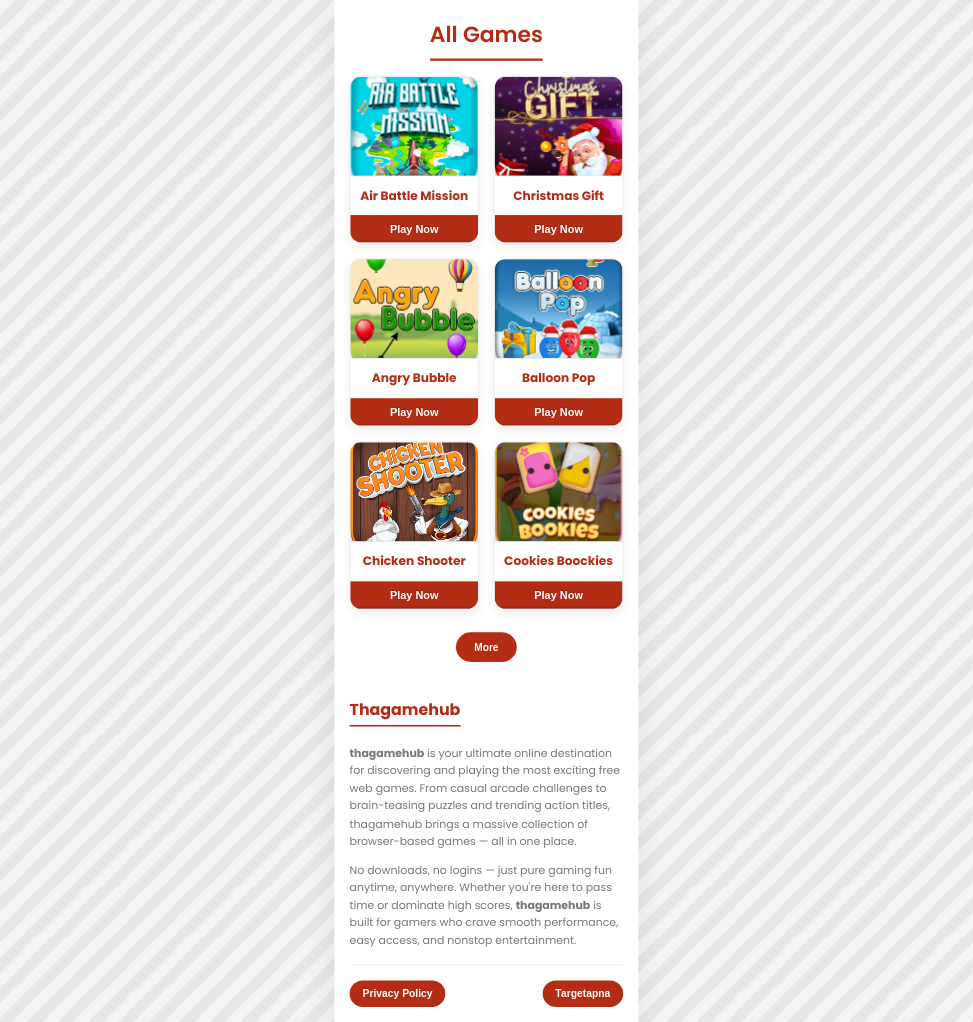
Repository: meenadabhii/game36.indianewjobs.in
Page: trending.html
An editor plug-in stored every save of this project. The page is shown before and after the next save, followed by the edit.
The browser window is 1280 px wide. The pictures show the whole page, at 76% of full size.
Backgrounds fixed to the window are drawn as part of the page.

Above is the page before, as saved 2025-09-24 15:35:54.

After the next save:
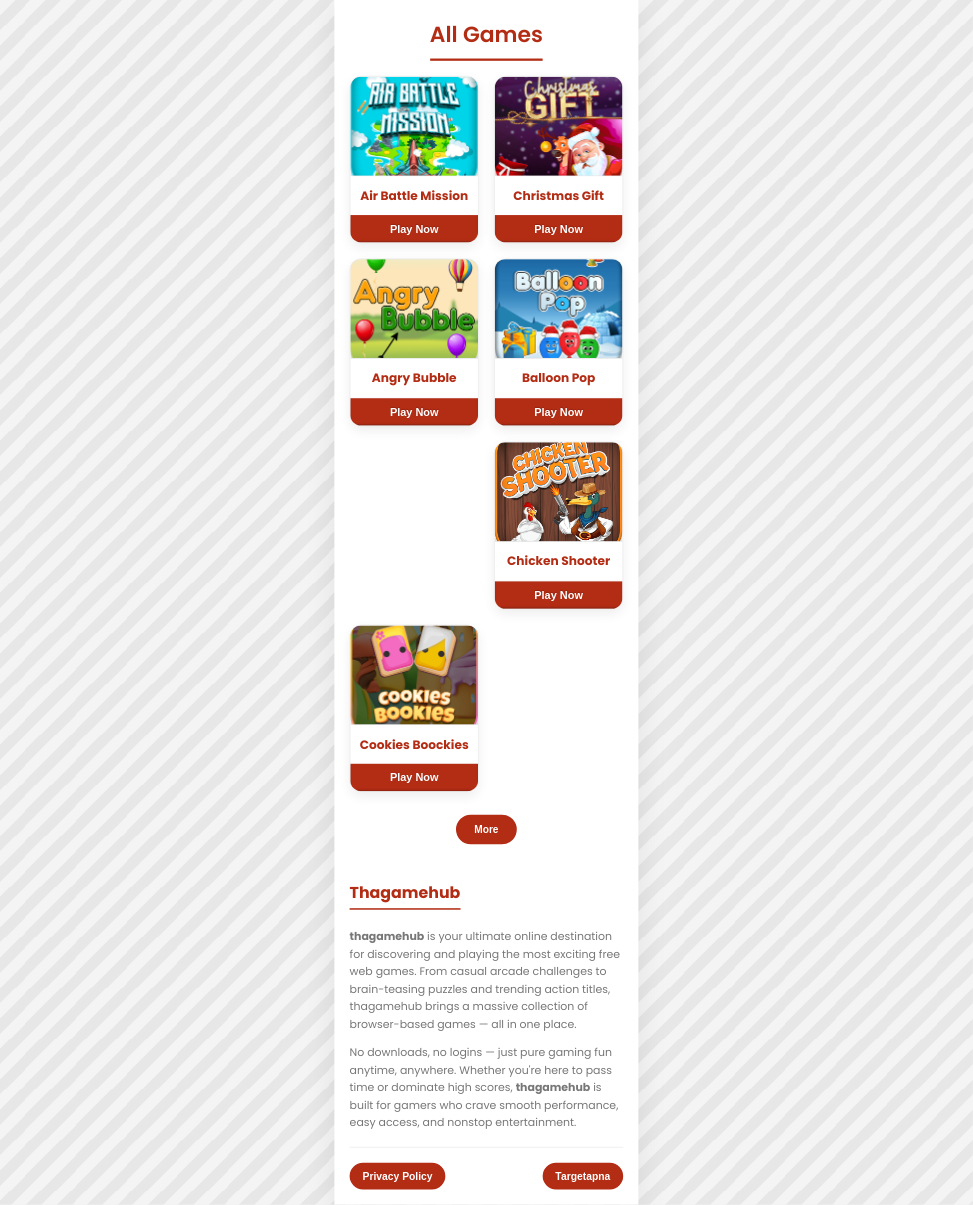
Saved 19 s later.
--- a/trending.html
+++ b/trending.html
@@ -95,6 +95,18 @@
               Play Now
             </button>
           </div>
+          <script async src="https://pagead2.googlesyndication.com/pagead/js/adsbygoogle.js?client=ca-pub-2781325489132361"
+     crossorigin="anonymous"></script>
+<!-- d8 -->
+<ins class="adsbygoogle"
+     style="display:block"
+     data-ad-client="ca-pub-2781325489132361"
+     data-ad-slot="9580406030"
+     data-ad-format="auto"
+     data-full-width-responsive="true"></ins>
+<script>
+     (adsbygoogle = window.adsbygoogle || []).push({});
+</script>
 
 
           <div class="game-item" data-title="chickenshooter"
